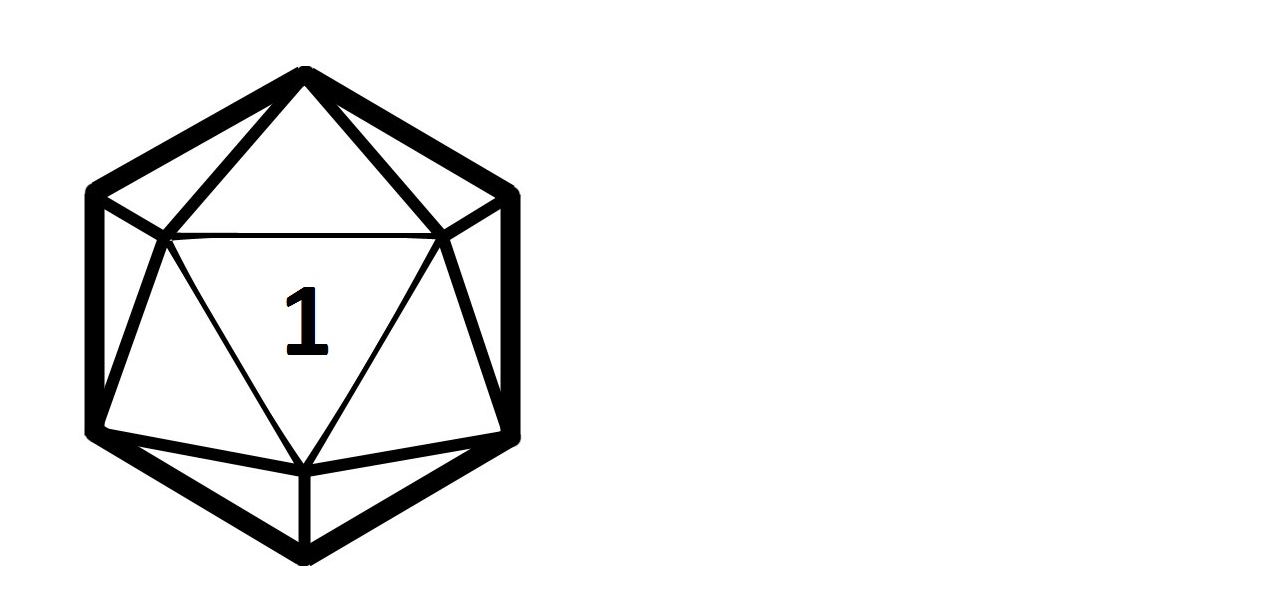
Repository: ttiede/F21
Page: fj-21-agenda/WebContent/404.html
These files come from the project's save history. The page is drawn as it stood at one moment and after the next save; the edit follows.
The browser window is 1280 px wide. The pictures show the whole page.
Some web libraries are served in a nearby version.

Above is the page before, as saved 2017-11-18 13:26:26.

### fj-21-agenda/WebContent/404.html
<html lang="en">
<head>
<meta charset="utf-8">
<meta http-equiv="X-UA-Compatible" content="IE=edge">
<meta name="viewport" content="width=device-width, initial-scale=1">
<title>Horizontal Nav & Subnav for Bootstrap</title>
<link
	href="https://cdnjs.cloudflare.com/ajax/libs/twitter-bootstrap/3.3.7/css/bootstrap.min.css"
	rel="stylesheet">
<link
	href="https://getbootstrap.com/assets/css/ie10-viewport-bug-workaround.css"
	rel="stylesheet">
<!-- HTML5 shim and Respond.js for IE8 support of HTML5 elements and media queries -->
<!--[if lt IE 9]>
      <script src="https://oss.maxcdn.com/html5shiv/3.7.3/html5shiv.min.js"></script>
      <script src="https://oss.maxcdn.com/respond/1.4.2/respond.min.js"></script>
    <![endif]-->
</head>
<body>

	<div class="container" style="margin-top: 65px;">
		<div class="row">
			<div class="col-md-2 col-md-offset-5"></div>
				<img src="./assets/img/error.jpg" />
			</div>
		</div>
	</div>
	<script
		src="https://cdnjs.cloudflare.com/ajax/libs/jquery/3.1.0/jquery.min.js"></script>
	<script
		src="https://cdnjs.cloudflare.com/ajax/libs/twitter-bootstrap/3.3.7/js/bootstrap.min.js"
		type="text/javascript"></script>
</body>
</html>

After the next save:
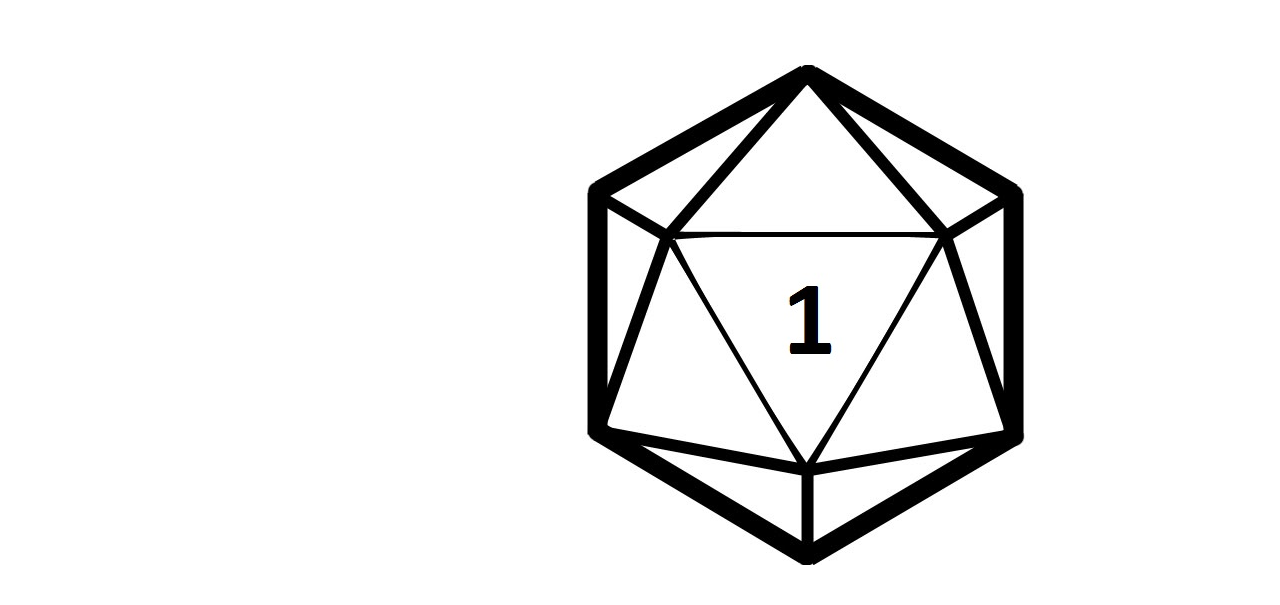
Saved 3 s later.
--- a/fj-21-agenda/WebContent/404.html
+++ b/fj-21-agenda/WebContent/404.html
@@ -20,7 +20,7 @@
 
 	<div class="container" style="margin-top: 65px;">
 		<div class="row">
-			<div class="col-md-2 col-md-offset-5"></div>
+			<div class="col-md-2 col-md-offset-5">
 				<img src="./assets/img/error.jpg" />
 			</div>
 		</div>
